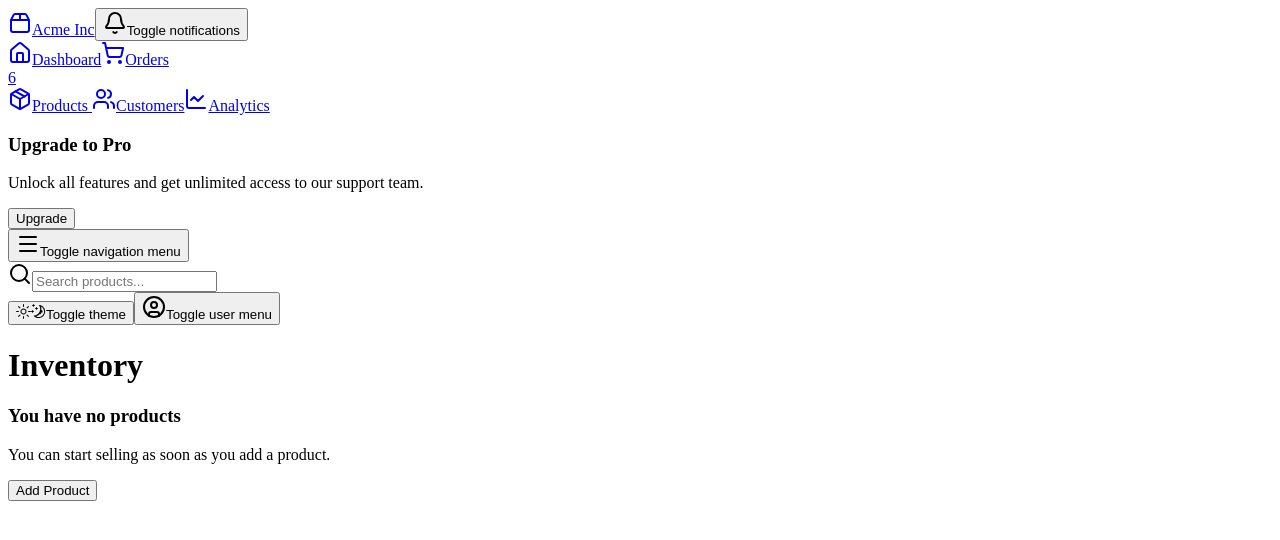
Repository: jeffMauritius/digisign-poc
Page: /
An editor plug-in stored every save of this project. The page is shown before and after the next save, followed by the edit.
The browser window is 1280 px wide. The pictures show the whole page.
The project was rebuilt for these pictures with package versions that can differ from the ones it lists, and the page was loaded fresh each time. The framework's server and built-in components were replaced by stand-ins that run in the browser. Also part of the build but not shown: next.config.js, next.config.mjs.

Above is the page before, as saved 2024-09-06 11:06:18.

### app/page.tsx
import Link from "next/link";
import {
  Bell,
  CircleUser,
  Home,
  LineChart,
  Menu,
  Package,
  Package2,
  Search,
  ShoppingCart,
  Users,
} from "lucide-react";

import { Badge } from "@/components/ui/badge";
import { Button } from "@/components/ui/button";
import {
  Card,
  CardContent,
  CardDescription,
  CardHeader,
  CardTitle,
} from "@/components/ui/card";
import {
  DropdownMenu,
  DropdownMenuContent,
  DropdownMenuItem,
  DropdownMenuLabel,
  DropdownMenuSeparator,
  DropdownMenuTrigger,
} from "@/components/ui/dropdown-menu";
import { Input } from "@/components/ui/input";
import { Sheet, SheetContent, SheetTrigger } from "@/components/ui/sheet";
import { ModeToggle } from "@/components/toggle-button";

export const description =
  "A products dashboard with a sidebar navigation and a main content area. The dashboard has a header with a search input and a user menu. The sidebar has a logo, navigation links, and a card with a call to action. The main content area shows an empty state with a call to action.";

const Dashboard = () => {
  return (
    <div className="grid min-h-screen w-full md:grid-cols-[220px_1fr] lg:grid-cols-[280px_1fr]">
      <div className="hidden border-r bg-muted/40 md:block">
        <div className="flex h-full max-h-screen flex-col gap-2">
          <div className="flex h-14 items-center border-b px-4 lg:h-[60px] lg:px-6">
            <Link href="/" className="flex items-center gap-2 font-semibold">
              <Package2 className="h-6 w-6" />
              <span className="">Acme Inc</span>
            </Link>
            <Button variant="outline" size="icon" className="ml-auto h-8 w-8">
              <Bell className="h-4 w-4" />
              <span className="sr-only">Toggle notifications</span>
            </Button>
          </div>
          <div className="flex-1">
            <nav className="grid items-start px-2 text-sm font-medium lg:px-4">
              <Link
                href="#"
                className="flex items-center gap-3 rounded-lg px-3 py-2 text-muted-foreground transition-all hover:text-primary"
              >
                <Home className="h-4 w-4" />
                Dashboard
              </Link>
              <Link
                href="#"
                className="flex items-center gap-3 rounded-lg px-3 py-2 text-muted-foreground transition-all hover:text-primary"
              >
                <ShoppingCart className="h-4 w-4" />
                Orders
                <Badge className="ml-auto flex h-6 w-6 shrink-0 items-center justify-center rounded-full">
                  6
                </Badge>
              </Link>
              <Link
                href="#"
                className="flex items-center gap-3 rounded-lg bg-muted px-3 py-2 text-primary transition-all hover:text-primary"
              >
                <Package className="h-4 w-4" />
                Products{" "}
              </Link>
              <Link
                href="#"
                className="flex items-center gap-3 rounded-lg px-3 py-2 text-muted-foreground transition-all hover:text-primary"
              >
                <Users className="h-4 w-4" />
                Customers
              </Link>
              <Link
                href="#"
                className="flex items-center gap-3 rounded-lg px-3 py-2 text-muted-foreground transition-all hover:text-primary"
              >
                <LineChart className="h-4 w-4" />
                Analytics
              </Link>
            </nav>
          </div>
          <div className="mt-auto p-4">
            <Card x-chunk="dashboard-02-chunk-0">
              <CardHeader className="p-2 pt-0 md:p-4">
                <CardTitle>Upgrade to Pro</CardTitle>
                <CardDescription>
                  Unlock all features and get unlimited access to our support
                  team.
                </CardDescription>
              </CardHeader>
              <CardContent className="p-2 pt-0 md:p-4 md:pt-0">
                <Button size="sm" className="w-full">
                  Upgrade
                </Button>
              </CardContent>
            </Card>
          </div>
        </div>
      </div>
      <div className="flex flex-col">
        <header className="flex h-14 items-center gap-4 border-b bg-muted/40 px-4 lg:h-[60px] lg:px-6">
          <Sheet>
            <SheetTrigger asChild>
              <Button
                variant="outline"
                size="icon"
                className="shrink-0 md:hidden"
              >
                <Menu className="h-5 w-5" />
                <span className="sr-only">Toggle navigation menu</span>
              </Button>
            </SheetTrigger>
            <SheetContent side="left" className="flex flex-col">
              <nav className="grid gap-2 text-lg font-medium">
                <Link
                  href="#"
                  className="flex items-center gap-2 text-lg font-semibold"
                >
                  <Package2 className="h-6 w-6" />
                  <span className="sr-only">Acme Inc</span>
                </Link>
                <Link
                  href="#"
                  className="mx-[-0.65rem] flex items-center gap-4 rounded-xl px-3 py-2 text-muted-foreground hover:text-foreground"
                >
                  <Home className="h-5 w-5" />
                  Dashboard
                </Link>
                <Link
                  href="#"
                  className="mx-[-0.65rem] flex items-center gap-4 rounded-xl bg-muted px-3 py-2 text-foreground hover:text-foreground"
                >
                  <ShoppingCart className="h-5 w-5" />
                  Orders
                  <Badge className="ml-auto flex h-6 w-6 shrink-0 items-center justify-center rounded-full">
                    6
                  </Badge>
                </Link>
                <Link
                  href="#"
                  className="mx-[-0.65rem] flex items-center gap-4 rounded-xl px-3 py-2 text-muted-foreground hover:text-foreground"
                >
                  <Package className="h-5 w-5" />
                  Products
                </Link>
                <Link
                  href="#"
                  className="mx-[-0.65rem] flex items-center gap-4 rounded-xl px-3 py-2 text-muted-foreground hover:text-foreground"
                >
                  <Users className="h-5 w-5" />
                  Customers
                </Link>
                <Link
                  href="#"
                  className="mx-[-0.65rem] flex items-center gap-4 rounded-xl px-3 py-2 text-muted-foreground hover:text-foreground"
                >
                  <LineChart className="h-5 w-5" />
                  Analytics
                </Link>
              </nav>
              <div className="mt-auto">
                <Card>
                  <CardHeader>
                    <CardTitle>Upgrade to Pro</CardTitle>
                    <CardDescription>
                      Unlock all features and get unlimited access to our
                      support team.
                    </CardDescription>
                  </CardHeader>
                  <CardContent>
                    <Button size="sm" className="w-full">
                      Upgrade
                    </Button>
                  </CardContent>
                </Card>
              </div>
            </SheetContent>
          </Sheet>
          <div className="w-full flex-1">
            <form>
              <div className="relative">
                <Search className="absolute left-2.5 top-2.5 h-4 w-4 text-muted-foreground" />
                <Input
                  type="search"
                  placeholder="Search products..."
                  className="w-full appearance-none bg-background pl-8 shadow-none md:w-2/3 lg:w-1/3"
                />
              </div>
            </form>
          </div>
          <ModeToggle />
          <DropdownMenu>
            <DropdownMenuTrigger asChild>
              <Button variant="secondary" size="icon" className="rounded-full">
                <CircleUser className="h-5 w-5" />
                <span className="sr-only">Toggle user menu</span>
              </Button>
            </DropdownMenuTrigger>
            <DropdownMenuContent align="end">
              <DropdownMenuLabel>My Account</DropdownMenuLabel>
              <DropdownMenuSeparator />
              <DropdownMenuItem>Settings</DropdownMenuItem>
              <DropdownMenuItem>Support</DropdownMenuItem>
              <DropdownMenuSeparator />
              <DropdownMenuItem>Logout</DropdownMenuItem>
            </DropdownMenuContent>
          </DropdownMenu>
        </header>
        <main className="flex flex-1 flex-col gap-4 p-4 lg:gap-6 lg:p-6">
          <div className="flex items-center">
            <h1 className="text-lg font-semibold md:text-2xl">Inventory</h1>
          </div>
          <div
            className="flex flex-1 items-center justify-center rounded-lg border border-dashed shadow-sm"
            x-chunk="dashboard-02-chunk-1"
          >
            <div className="flex flex-col items-center gap-1 text-center">
              <h3 className="text-2xl font-bold tracking-tight">
                You have no products
              </h3>
              <p className="text-sm text-muted-foreground">
                You can start selling as soon as you add a product.
              </p>
              <Button className="mt-4">Add Product</Button>
            </div>
          </div>
        </main>
      </div>
    </div>
  );
};

export default Dashboard;

### components/ui/badge.tsx
import * as React from "react";
import { cva, type VariantProps } from "class-variance-authority";

import { cn } from "@/lib/utils";

const badgeVariants = cva(
  "inline-flex items-center rounded-md border px-2.5 py-0.5 text-xs font-semibold transition-colors focus:outline-none focus:ring-2 focus:ring-ring focus:ring-offset-2",
  {
    variants: {
      variant: {
        default:
          "border-transparent bg-primary text-primary-foreground shadow hover:bg-primary/80",
        secondary:
          "border-transparent bg-secondary text-secondary-foreground hover:bg-secondary/80",
        destructive:
          "border-transparent bg-destructive text-destructive-foreground shadow hover:bg-destructive/80",
        outline: "text-foreground",
      },
    },
    defaultVariants: {
      variant: "default",
    },
  },
);

export interface BadgeProps
  extends React.HTMLAttributes<HTMLDivElement>,
    VariantProps<typeof badgeVariants> {}

function Badge({ className, variant, ...props }: BadgeProps) {
  return (
    <div className={cn(badgeVariants({ variant }), className)} {...props} />
  );
}

export { Badge, badgeVariants };

### components/ui/button.tsx
import * as React from "react";
import { Slot } from "@radix-ui/react-slot";
import { cva, type VariantProps } from "class-variance-authority";

import { cn } from "@/lib/utils";

const buttonVariants = cva(
  "inline-flex items-center justify-center whitespace-nowrap rounded-md text-sm font-medium transition-colors focus-visible:outline-none focus-visible:ring-1 focus-visible:ring-ring disabled:pointer-events-none disabled:opacity-50",
  {
    variants: {
      variant: {
        default:
          "bg-primary text-primary-foreground shadow hover:bg-primary/90",
        destructive:
          "bg-destructive text-destructive-foreground shadow-sm hover:bg-destructive/90",
        outline:
          "border border-input bg-background shadow-sm hover:bg-accent hover:text-accent-foreground",
        secondary:
          "bg-secondary text-secondary-foreground shadow-sm hover:bg-secondary/80",
        ghost: "hover:bg-accent hover:text-accent-foreground",
        link: "text-primary underline-offset-4 hover:underline",
      },
      size: {
        default: "h-9 px-4 py-2",
        sm: "h-8 rounded-md px-3 text-xs",
        lg: "h-10 rounded-md px-8",
        icon: "h-9 w-9",
      },
    },
    defaultVariants: {
      variant: "default",
      size: "default",
    },
  },
);

export interface ButtonProps
  extends React.ButtonHTMLAttributes<HTMLButtonElement>,
    VariantProps<typeof buttonVariants> {
  asChild?: boolean;
}

const Button = React.forwardRef<HTMLButtonElement, ButtonProps>(
  ({ className, variant, size, asChild = false, ...props }, ref) => {
    const Comp = asChild ? Slot : "button";
    return (
      <Comp
        className={cn(buttonVariants({ variant, size, className }))}
        ref={ref}
        {...props}
      />
    );
  },
);
Button.displayName = "Button";

export { Button, buttonVariants };

### components/ui/card.tsx
import * as React from "react";

import { cn } from "@/lib/utils";

const Card = React.forwardRef<
  HTMLDivElement,
  React.HTMLAttributes<HTMLDivElement>
>(({ className, ...props }, ref) => (
  <div
    ref={ref}
    className={cn(
      "rounded-xl border bg-card text-card-foreground shadow",
      className,
    )}
    {...props}
  />
));
Card.displayName = "Card";

const CardHeader = React.forwardRef<
  HTMLDivElement,
  React.HTMLAttributes<HTMLDivElement>
>(({ className, ...props }, ref) => (
  <div
    ref={ref}
    className={cn("flex flex-col space-y-1.5 p-6", className)}
    {...props}
  />
));
CardHeader.displayName = "CardHeader";

const CardTitle = React.forwardRef<
  HTMLParagraphElement,
  React.HTMLAttributes<HTMLHeadingElement>
>(({ className, ...props }, ref) => (
  <h3
    ref={ref}
    className={cn("font-semibold leading-none tracking-tight", className)}
    {...props}
  />
));
CardTitle.displayName = "CardTitle";

const CardDescription = React.forwardRef<
  HTMLParagraphElement,
  React.HTMLAttributes<HTMLParagraphElement>
>(({ className, ...props }, ref) => (
  <p
    ref={ref}
    className={cn("text-sm text-muted-foreground", className)}
    {...props}
  />
));
CardDescription.displayName = "CardDescription";

const CardContent = React.forwardRef<
  HTMLDivElement,
  React.HTMLAttributes<HTMLDivElement>
>(({ className, ...props }, ref) => (
  <div ref={ref} className={cn("p-6 pt-0", className)} {...props} />
));
CardContent.displayName = "CardContent";

const CardFooter = React.forwardRef<
  HTMLDivElement,
  React.HTMLAttributes<HTMLDivElement>
>(({ className, ...props }, ref) => (
  <div
    ref={ref}
    className={cn("flex items-center p-6 pt-0", className)}
    {...props}
  />
));
CardFooter.displayName = "CardFooter";

export {
  Card,
  CardHeader,
  CardFooter,
  CardTitle,
  CardDescription,
  CardContent,
};

### components/ui/input.tsx
import * as React from "react";

import { cn } from "@/lib/utils";

export interface InputProps
  extends React.InputHTMLAttributes<HTMLInputElement> {}

const Input = React.forwardRef<HTMLInputElement, InputProps>(
  ({ className, type, ...props }, ref) => {
    return (
      <input
        type={type}
        className={cn(
          "flex h-9 w-full rounded-md border border-input bg-transparent px-3 py-1 text-sm shadow-sm transition-colors file:border-0 file:bg-transparent file:text-sm file:font-medium placeholder:text-muted-foreground focus-visible:outline-none focus-visible:ring-1 focus-visible:ring-ring disabled:cursor-not-allowed disabled:opacity-50",
          className,
        )}
        ref={ref}
        {...props}
      />
    );
  },
);
Input.displayName = "Input";

export { Input };

### components/ui/sheet.tsx
"use client";

import * as React from "react";
import * as SheetPrimitive from "@radix-ui/react-dialog";
import { Cross2Icon } from "@radix-ui/react-icons";
import { cva, type VariantProps } from "class-variance-authority";

import { cn } from "@/lib/utils";

const Sheet = SheetPrimitive.Root;

const SheetTrigger = SheetPrimitive.Trigger;

const SheetClose = SheetPrimitive.Close;

const SheetPortal = SheetPrimitive.Portal;

const SheetOverlay = React.forwardRef<
  React.ElementRef<typeof SheetPrimitive.Overlay>,
  React.ComponentPropsWithoutRef<typeof SheetPrimitive.Overlay>
>(({ className, ...props }, ref) => (
  <SheetPrimitive.Overlay
    className={cn(
      "fixed inset-0 z-50 bg-black/80  data-[state=open]:animate-in data-[state=closed]:animate-out data-[state=closed]:fade-out-0 data-[state=open]:fade-in-0",
      className,
    )}
    {...props}
    ref={ref}
  />
));
SheetOverlay.displayName = SheetPrimitive.Overlay.displayName;

const sheetVariants = cva(
  "fixed z-50 gap-4 bg-background p-6 shadow-lg transition ease-in-out data-[state=closed]:duration-300 data-[state=open]:duration-500 data-[state=open]:animate-in data-[state=closed]:animate-out",
  {
    variants: {
      side: {
        top: "inset-x-0 top-0 border-b data-[state=closed]:slide-out-to-top data-[state=open]:slide-in-from-top",
        bottom:
          "inset-x-0 bottom-0 border-t data-[state=closed]:slide-out-to-bottom data-[state=open]:slide-in-from-bottom",
        left: "inset-y-0 left-0 h-full w-3/4 border-r data-[state=closed]:slide-out-to-left data-[state=open]:slide-in-from-left sm:max-w-sm",
        right:
          "inset-y-0 right-0 h-full w-3/4 border-l data-[state=closed]:slide-out-to-right data-[state=open]:slide-in-from-right sm:max-w-sm",
      },
    },
    defaultVariants: {
      side: "right",
    },
  },
);

interface SheetContentProps
  extends React.ComponentPropsWithoutRef<typeof SheetPrimitive.Content>,
    VariantProps<typeof sheetVariants> {}

const SheetContent = React.forwardRef<
  React.ElementRef<typeof SheetPrimitive.Content>,
  SheetContentProps
>(({ side = "right", className, children, ...props }, ref) => (
  <SheetPortal>
    <SheetOverlay />
    <SheetPrimitive.Content
      ref={ref}
      className={cn(sheetVariants({ side }), className)}
      {...props}
    >
      <SheetPrimitive.Close className="absolute right-4 top-4 rounded-sm opacity-70 ring-offset-background transition-opacity hover:opacity-100 focus:outline-none focus:ring-2 focus:ring-ring focus:ring-offset-2 disabled:pointer-events-none data-[state=open]:bg-secondary">
        <Cross2Icon className="h-4 w-4" />
        <span className="sr-only">Close</span>
      </SheetPrimitive.Close>
      {children}
    </SheetPrimitive.Content>
  </SheetPortal>
));
SheetContent.displayName = SheetPrimitive.Content.displayName;

const SheetHeader = ({
  className,
  ...props
}: React.HTMLAttributes<HTMLDivElement>) => (
  <div
    className={cn(
      "flex flex-col space-y-2 text-center sm:text-left",
      className,
    )}
    {...props}
  />
);
SheetHeader.displayName = "SheetHeader";

const SheetFooter = ({
  className,
  ...props
}: React.HTMLAttributes<HTMLDivElement>) => (
  <div
    className={cn(
      "flex flex-col-reverse sm:flex-row sm:justify-end sm:space-x-2",
      className,
    )}
    {...props}
  />
);
SheetFooter.displayName = "SheetFooter";

const SheetTitle = React.forwardRef<
  React.ElementRef<typeof SheetPrimitive.Title>,
  React.ComponentPropsWithoutRef<typeof SheetPrimitive.Title>
>(({ className, ...props }, ref) => (
  <SheetPrimitive.Title
    ref={ref}
    className={cn("text-lg font-semibold text-foreground", className)}
    {...props}
  />
));
SheetTitle.displayName = SheetPrimitive.Title.displayName;

const SheetDescription = React.forwardRef<
  React.ElementRef<typeof SheetPrimitive.Description>,
  React.ComponentPropsWithoutRef<typeof SheetPrimitive.Description>
>(({ className, ...props }, ref) => (
  <SheetPrimitive.Description
    ref={ref}
    className={cn("text-sm text-muted-foreground", className)}
    {...props}
  />
));
SheetDescription.displayName = SheetPrimitive.Description.displayName;

export {
  Sheet,
  SheetPortal,
  SheetOverlay,
  SheetTrigger,
  SheetClose,
  SheetContent,
  SheetHeader,
  SheetFooter,
  SheetTitle,
  SheetDescription,
};

### components/toggle-button.tsx
"use client";

import * as React from "react";
import { MoonIcon, SunIcon } from "@radix-ui/react-icons";
import { useTheme } from "next-themes";

import { Button } from "@/components/ui/button";
import {
  DropdownMenu,
  DropdownMenuContent,
  DropdownMenuItem,
  DropdownMenuTrigger,
} from "@/components/ui/dropdown-menu";

export function ModeToggle() {
  const { setTheme } = useTheme();

  return (
    <DropdownMenu>
      <DropdownMenuTrigger asChild>
        <Button variant="outline" size="icon">
          <SunIcon className="h-[1.2rem] w-[1.2rem] rotate-0 scale-100 transition-all dark:-rotate-90 dark:scale-0" />
          <MoonIcon className="absolute h-[1.2rem] w-[1.2rem] rotate-90 scale-0 transition-all dark:rotate-0 dark:scale-100" />
          <span className="sr-only">Toggle theme</span>
        </Button>
      </DropdownMenuTrigger>
      <DropdownMenuContent align="end">
        <DropdownMenuItem onClick={() => setTheme("light")}>
          Light
        </DropdownMenuItem>
        <DropdownMenuItem onClick={() => setTheme("dark")}>
          Dark
        </DropdownMenuItem>
        <DropdownMenuItem onClick={() => setTheme("system")}>
          System
        </DropdownMenuItem>
      </DropdownMenuContent>
    </DropdownMenu>
  );
}

Loaded but not shown: lib/utils.ts (common file); components/ui/dropdown-menu.tsx (205 lines, source omitted)

After the next save:
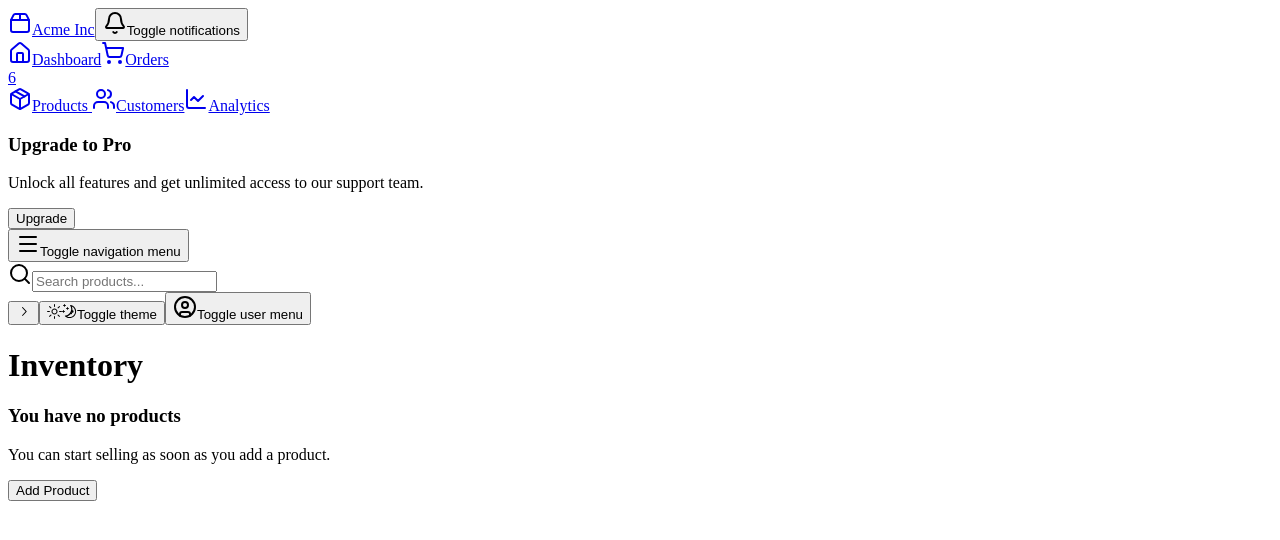
Saved 15 min 55 s later.
--- a/app/page.tsx
+++ b/app/page.tsx
@@ -14,6 +14,7 @@ import {
 
 import { Badge } from "@/components/ui/badge";
 import { Button } from "@/components/ui/button";
+import { ChevronRightIcon } from "@radix-ui/react-icons";
 import {
   Card,
   CardContent,
@@ -202,6 +203,9 @@ const Dashboard = () => {
               </div>
             </form>
           </div>
+          <Button variant="outline" size="icon">
+            <ChevronRightIcon className="h-4 w-4" />
+          </Button>
           <ModeToggle />
           <DropdownMenu>
             <DropdownMenuTrigger asChild>
